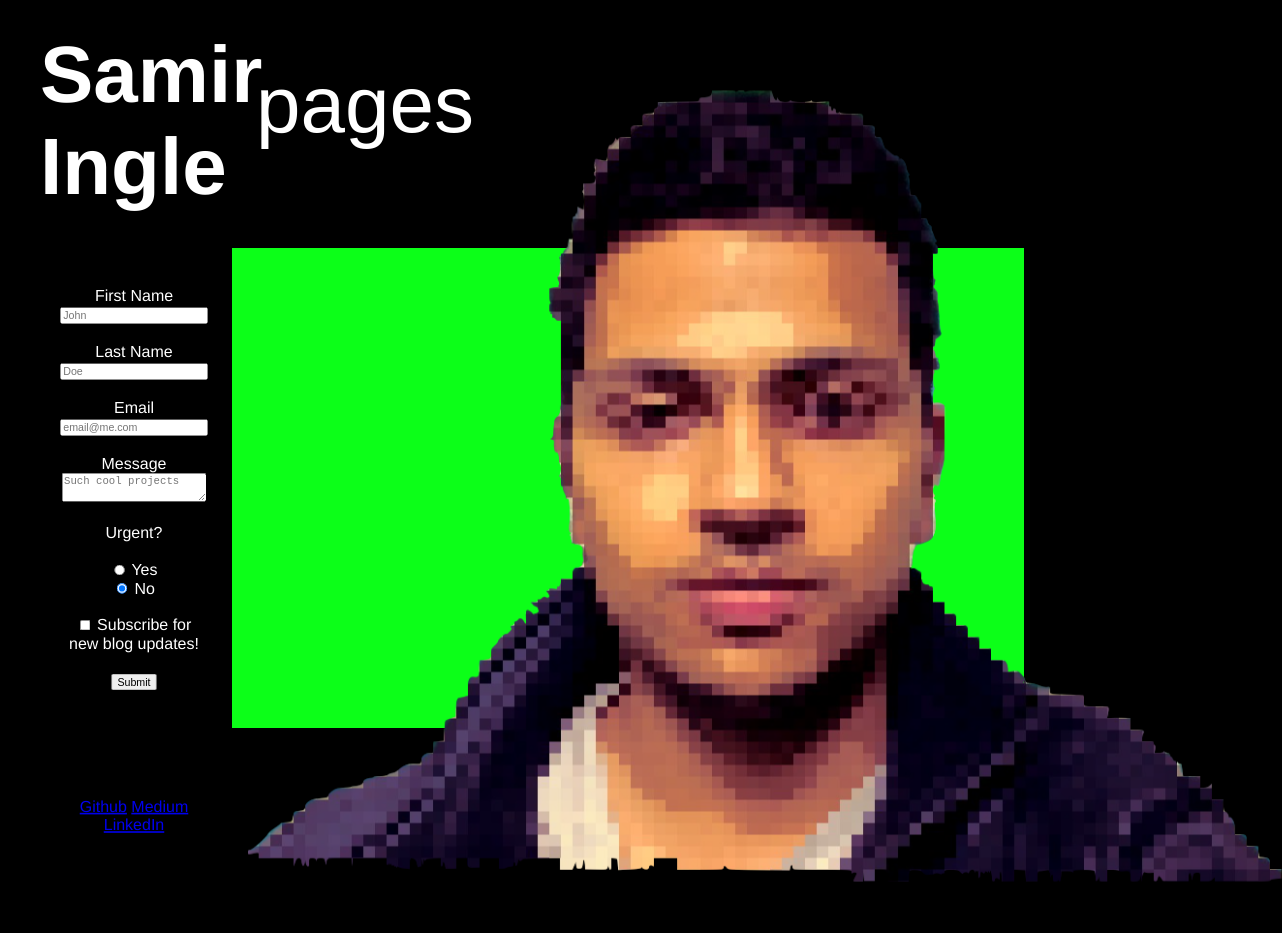
Repository: SamirIngley/html-semantic
Page: templates/contact.html
These files come from the project's save history. The page is drawn as it stood at one moment and after the next save; the edit follows.
The browser window is 1280 px wide. The page is 1602 px wide, then 1477 px, so the pictures cover 1602 px, including what lies to the right of the window. The pictures show the whole page, at 80% of full size.

Above is the page before, as saved 2020-02-06 10:01:53.

### templates/contact.html
<!DOCTYPE html>
<html lang="en">
<head>
    <meta charset="UTF-8">
    <meta name="viewport" content="width=device-width, initial-scale=1.0">
    <meta http-equiv="X-UA-Compatible" content="ie=edge">
    <center><title>Samir Ingle</title></center>
    <link href="style.css" rel="stylesheet">
</head>

<div class="wrapper">

    <div class="header">
        <div>
            <h1>
                Samir Ingle
            </h1>
        </div>
    </div>

    <div class="header-right">
        <div>
        <nav>
            <div class='dropdown'>
                <button class='dropbtn'>pages</button>
                <div class="dropdown-content">
                    <a href="/about">about</a>
                    <a href="/projects">projects</a>
                    <a href="/contact">contact</a>
                </div>
            </div>
        </nav>
        </div>
    </div>

    <div class="side-bar">
        <div><img src="static/images/8-bit.png" alt="samir-profile-pic" style="width:136%;"></div>
    </div>

    <div class="main-content">
        <div>
            <center>
            <form action="process.php" method="POST">
            <div>
                <label>First Name</label><br>
                <input type="text" name="firstName" placeholder="John">
            </div>
            <br>
            <div>
                <label>Last Name</label><br>
                <input type="text" name="lastName" placeholder="Doe">
            </div>
            <br>
            <div>
                <label>Email</label><br>
                <input type="email" name="email" placeholder="email@me.com">
            </div>
            <br>
            <div>
                <label>Message</label><br>
                <textarea name="message" placeholder="Such cool projects"></textarea>
            </div>
            <br>
            <div>

                    Urgent?<br>
                    <br>
                <label>
                    <input type="radio" name="urgent" value="true">
                    Yes
                    </label><br>

                    <label>
                            <input type="radio" name="urgent" value="false" checked>
                            No<br>
                    </label>

            </div>
            <br>
            <div>
                <label>
                    <input type="checkbox" name="Subscribe for updates" value="subscribe"> Subscribe for new blog updates!<br>
                </label>
            </div>
            <br>
            <div>
                <input type="submit" name="submit" value="Submit">
            </div>
        </form>
        </center>
    </div>
    </div>

    <div class="footer">
        <center>
            <div><a href="https://github.com/SamirIngley">Github</a>
                <a href="https://medium.com/@SamirIngle">Medium</a>
                <a href="https://www.linkedin.com/in/samiringle/">LinkedIn</a>
            </div>
        </center>
    </div>

    <div class="footer-right">
        <div>

        </div>
    </div>

</div>
<br>
<br>

</html>

### templates/style.css

/* * {
    box-sizing: border-box;
} */

body {
  margin: 0;
  font-size: 20px;
  background-color:rgb(0, 0, 0);
  color: white;
  font-family: Helvetica;
}



/*
<nav>
                <div class='dropdown'>
                    <button class='dropbtn'>pages</button>
                    <div class="dropdown-content">
                        <a href="/about">about</a>
                        <a href="/projects">projects</a>
                        <a href="/contact">contact</a>
                    </div>
                </div>
            </nav> */

.wrapper {
  display: grid;
  grid-gap: 10px;
  grid-template-columns: repeat(2, 1fr);
  grid-template-rows: 300px 600px 200px;
  /*
  The named areas below define where elements with
  those names are placed on the grid.
  */
  grid-template-areas:  "h h r ."
                        ". m s s"
                        ". f g g";
}

.wrapper>div {
  color: white;
  font-family: Helvetica;
  padding: 1em;
  display: flex;
  justify-content: space-between;
  align-items: center;
  /* height: 300px; */
}

.header {
  /* Name this element to place it on the grid */
  font-size: 50px;
  grid-area: h;
  background-color: rgba(135, 206, 250, 0);
}

.drop-btn {
  grid-area: r;
}

.main-content {
  grid-area: m;
  background-color: rgba(135, 206, 250, 0);

}

.side-bar {
  grid-area: s;
  background-color: rgb(12, 255, 24);
}

.footer {
  grid-area: f;
  background-color: rgba(12, 255, 24, 0);
}

.footer-right {
  grid-area: g;
  background-color: rgba(135, 206, 250, 0);
}




/* ----- Bio ----- */
/*
.bio ul {
  list-style: none;
}



/* ----- Nav ----- */
 nav {
  background-color: rgba(215, 176, 251, 0);
  /* font-weight:bold; */
}


nav a {
  color: white;
  text-align: left;
  font-size: 2vw;
  text-decoration: none;
}

nav a:hover{
  color: lime;
}

nav a.active {
  background-color: orange;
  color: purple;
}


nav {
  display: flex;
  justify-content: flex-end;
  list-style: none;
}

nav {
    /* padding: 1em; */
}



.topnav {
  overflow: hidden;
  background-color: rgb(226, 226, 226);
}

.topnav a {
  float: right;
  color: #ffffff;
  text-align: center;
  padding: 14px 16px;
  text-decoration: none;
  font-size: 3px;
}

.topnav a:hover {
  background-color: #ddd;
  color: black;
}

.topnav a.active {
  background-color: lime;
  color: white;
}


/* -------- Drop Down -------- */

.dropbtn {
  background-color: rgba(247, 246, 246, 0);
  color: white;
  /* padding: 60px; */
  padding: 10px 0px 50px 10px;

  font-size: 5em;
  border: 1px;
  cursor: pointer;
}

.dropbtn:hover {
  color: lime;
  background-color: rgba(247, 246, 246, 0);


}

.dropdown {
  position: relative;
  display: inline-block;
}

.dropdown-content {
  display: none;
  position: absolute;
  padding: 0px;
  border: 0px;
  margin: 0px;

  right: 0;
  background-color: #6f6f6fef;
  min-width: 10px;
  box-shadow: 0px 8px 16px 0px rgba(0, 0, 0, 0.719);
  z-index: 1;
}

.dropdown-content a {
  color: white;
  padding: 100px 100px 100 100px;
  text-decoration: none;
  display: block;
  font-size: 5em;

}

.dropdown-content a:hover {background-color: #00000000;}

.dropdown:hover .dropdown-content {display: block;}
.dropdown:hover .dropbtn {background-color: #000000;}

After the next save:
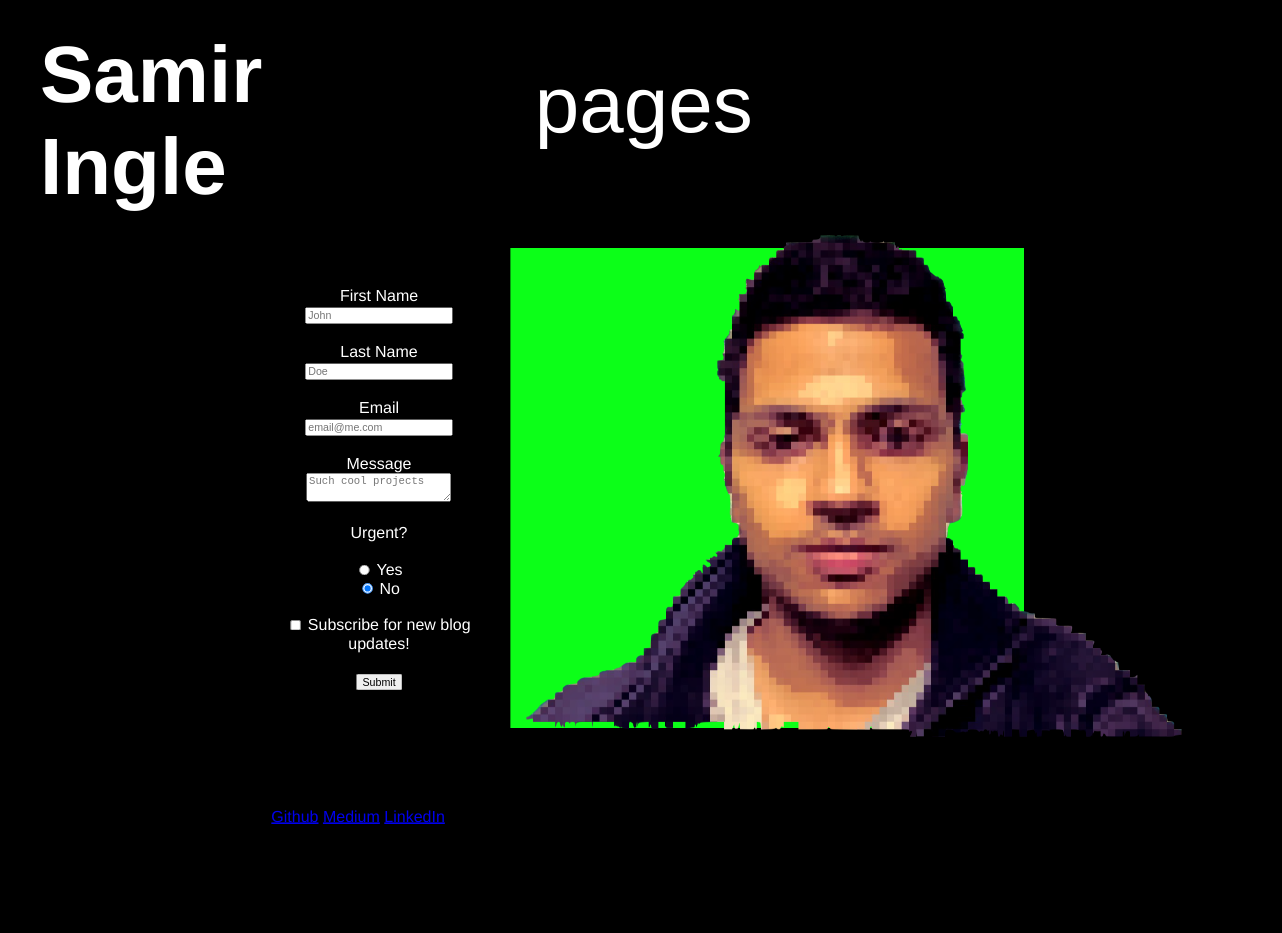
Saved 2 min 8 s later.
--- a/templates/style.css
+++ b/templates/style.css
@@ -28,7 +28,7 @@ body {
 .wrapper {
   display: grid;
   grid-gap: 10px;
-  grid-template-columns: repeat(2, 1fr);
+  grid-template-columns: repeat(4, 2fr);
   grid-template-rows: 300px 600px 200px;
   /*
   The named areas below define where elements with
